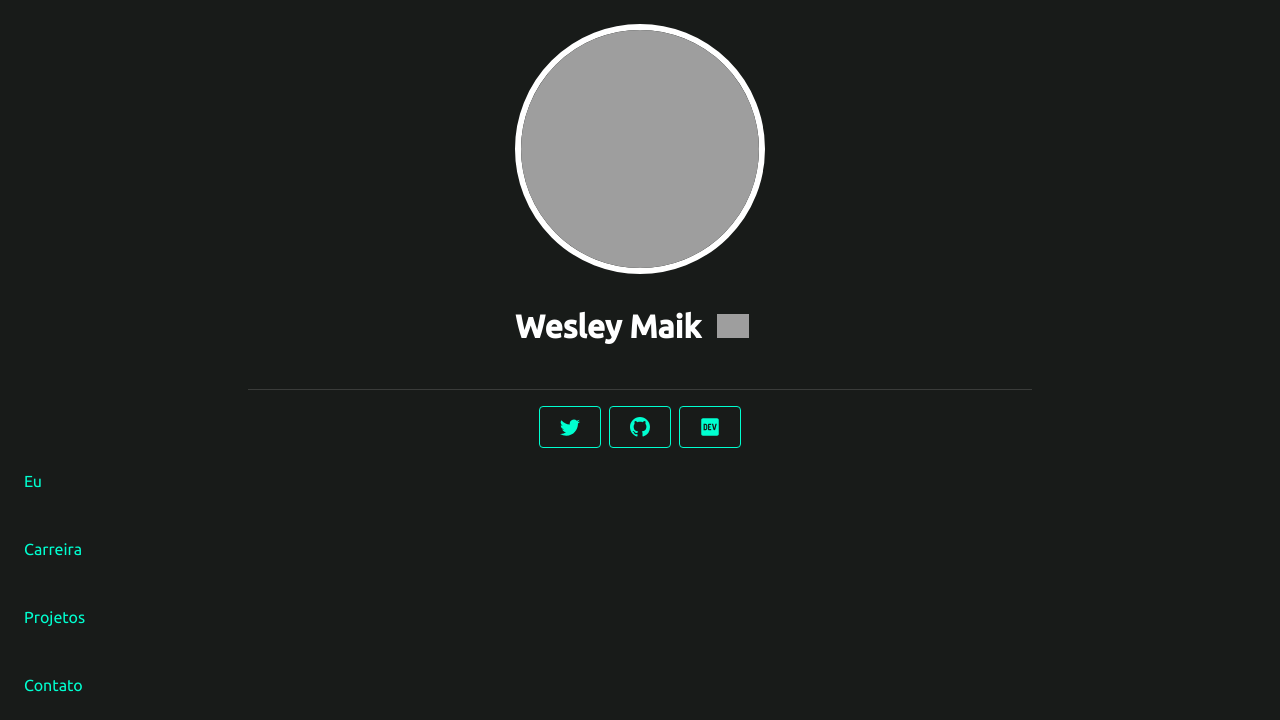
Repository: WesleyMaik/wesleymaik.github.io
Page: /
These files come from the project's save history. The page is drawn as it stood at one moment and after the next save; the edit follows.
The browser window is 1280 px wide. The pictures show the whole page.
Pictures or frames that could not be fetched are drawn as grey boxes. The page's requests for data from a server got no answer. The project was rebuilt for these pictures with package versions that can differ from the ones it lists, and the page was loaded fresh each time. No one was signed in, and anything a server would have sent is missing. Also part of the build but not shown: vite.config.ts.

Above is the page before, as saved 2022-08-08 12:35:39.

After the next save:
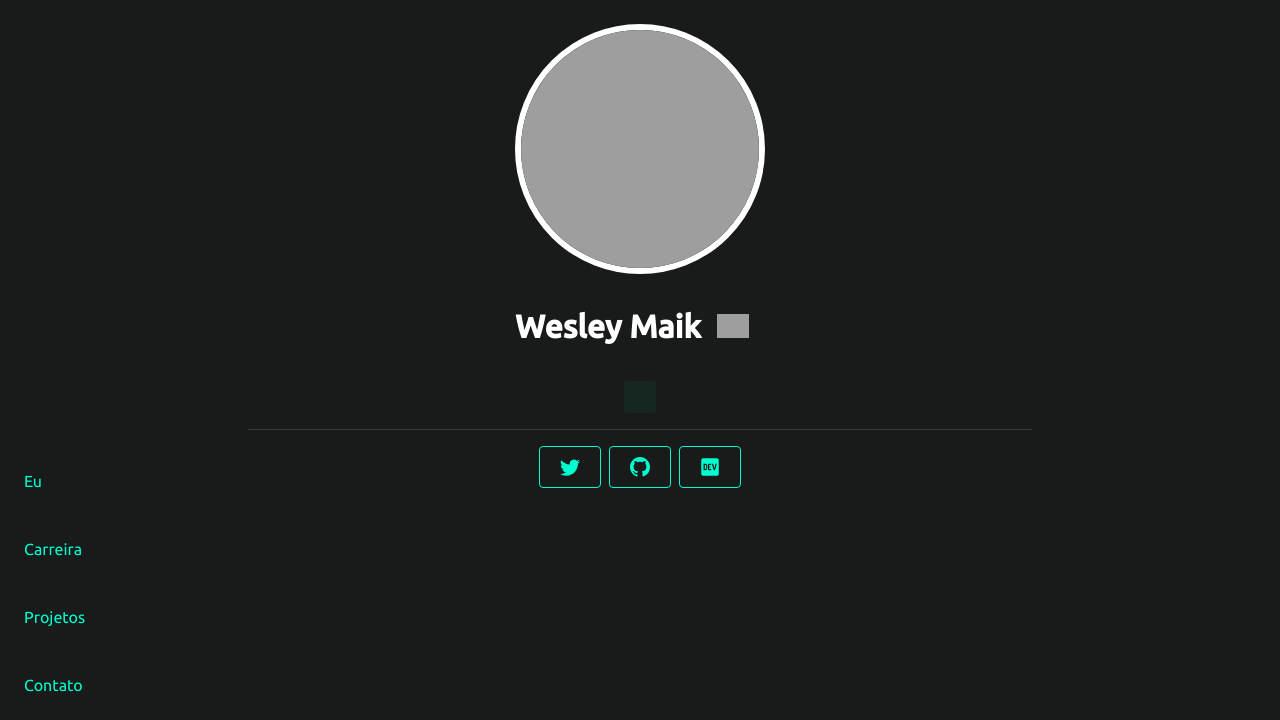
Saved 9 s later.
--- a/src/components/template/header.tsx
+++ b/src/components/template/header.tsx
@@ -1,5 +1,6 @@
 import styled from "styled-components";
 import Avatar from "../avatar";
+import Github from "./github";
 import Navigation from "./navigation";
 import Social from "./social";
 
@@ -36,6 +37,7 @@
                     data-target="animated-image.originalImage"
                 />
             </h1>
+            <Github />
             <hr />
             <Social />
         </Header>
